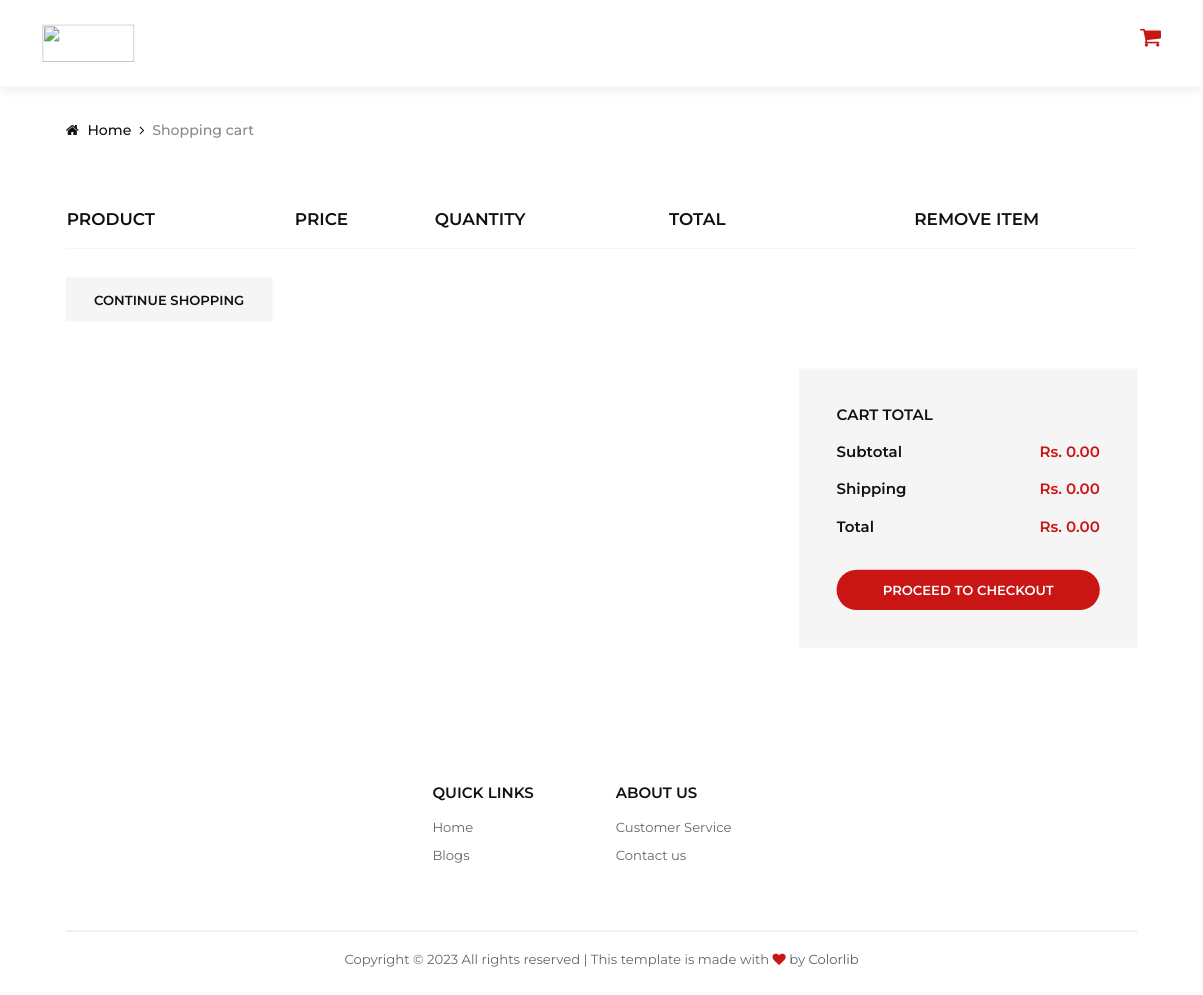
Repository: Arouj26/twenty6
Page: http://localhost/cart
The author's editor kept a copy of each file at every save. The page is drawn from the files as they stood at one save, then again after the next save.
The browser window is 1280 px wide. The pictures show the whole page, at 94% of full size.
Some web fonts or font styles are not loaded; a fallback is used. The page is served by the project's Laravel application, run on PHP 8.4 with Laravel 10. Queries for data that is not in the repository find no rows.

Above is the page before, as saved 2023-07-11 01:49:01.

After the next save:
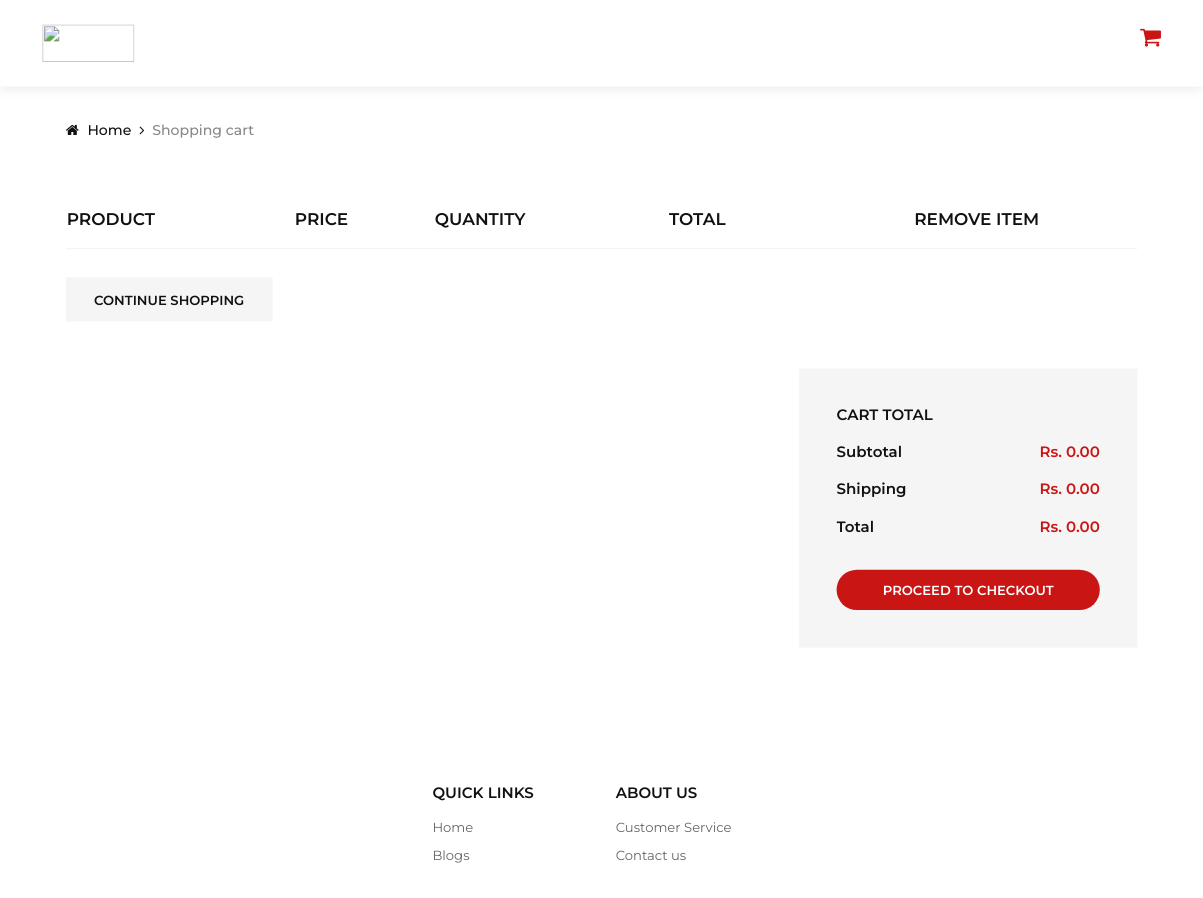
Saved 50 s later.
--- a/resources/views/frontend/layout/footer.blade.php
+++ b/resources/views/frontend/layout/footer.blade.php
@@ -53,15 +53,6 @@
             <div class="col-lg-4 col-md-8 col-sm-8">
             </div>
         </div>
-        <div class="row">
-            <div class="col-lg-12">
-                <!-- Link back to Colorlib can't be removed. Template is licensed under CC BY 3.0. -->
-                <div class="footer__copyright__text">
-                    <p>Copyright &copy; <script>document.write(new Date().getFullYear());</script> All rights reserved | This template is made with <i class="fa fa-heart" aria-hidden="true"></i> by <a href="https://colorlib.com" target="_blank">Colorlib</a></p>
-                </div>
-                <!-- Link back to Colorlib can't be removed. Template is licensed under CC BY 3.0. -->
-            </div>
-        </div>
     </div>
 </footer>
 <!-- Footer Section End -->
